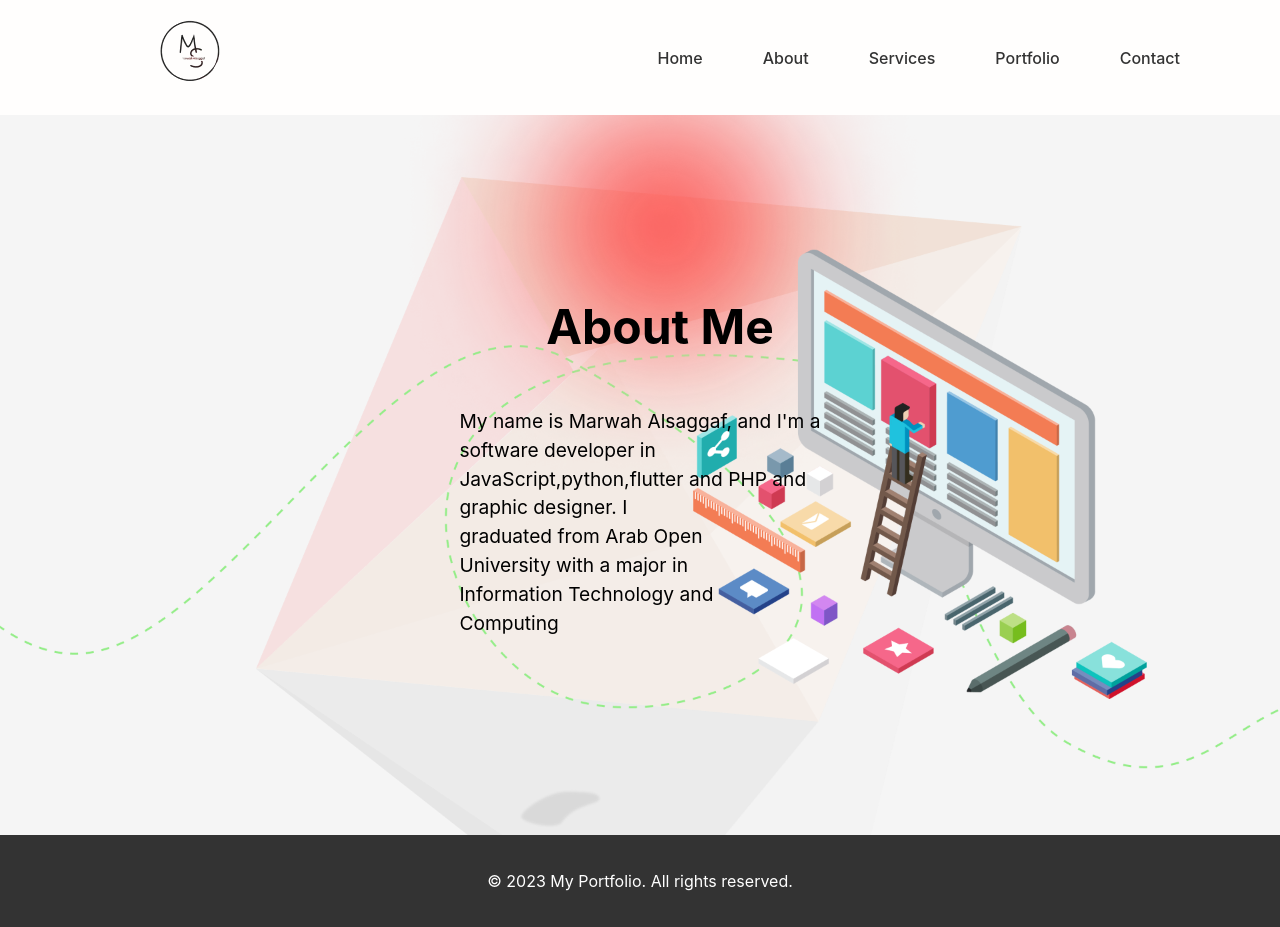
Repository: MEROO1010/Portfolio_00
Page: /about (app in portfolio_00/)
These files come from the project's save history. The page is drawn as it stood at one moment and after the next save; the edit follows.
The browser window is 1280 px wide. The pictures show the whole page.
The project was rebuilt for these pictures with package versions that can differ from the ones it lists, and the page was loaded fresh each time. Also part of the build but not shown: portfolio_00/src/components/Home.jsx, portfolio_00/src/components/Services.jsx, portfolio_00/src/components/Portfolio.jsx, portfolio_00/src/components/Contact.jsx.

Above is the page before, as saved 2024-11-18 13:02:44.

After the next save:
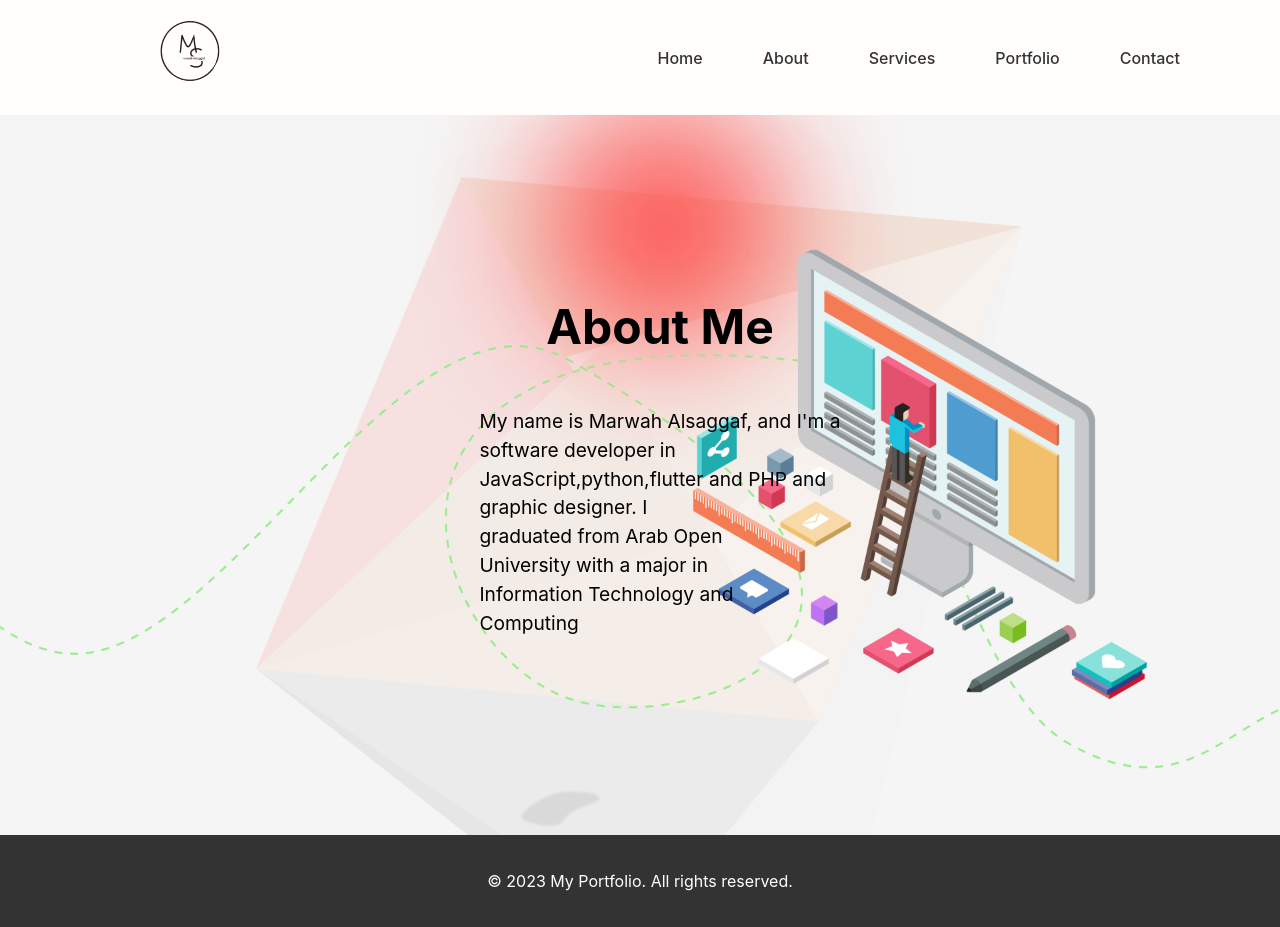
Saved 16 s later.
--- a/portfolio_00/src/components/About.jsx
+++ b/portfolio_00/src/components/About.jsx
@@ -25,6 +25,7 @@ const Description = styled.p`
   font-size: 1.2rem;
   line-height: 1.5;
   margin-bottom: 3rem;
+  padding-left:40px;
 `;
 
 const ImageContainer = styled.div`
